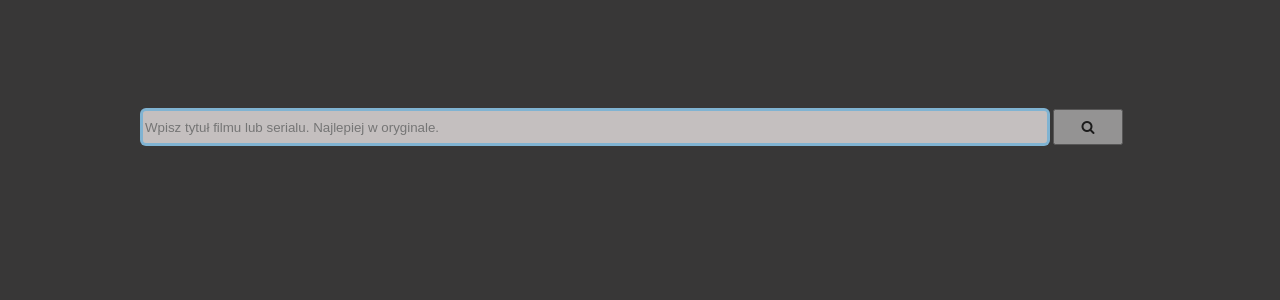
Repository: kq333/wyszukiarka-filmowa
Page: index.html
The author's editor kept a copy of each file at every save. The page is drawn from the files as they stood at one save, then again after the next save.
The browser window is 1280 px wide. The pictures show the whole page.
The style sheet was rebuilt from its Sass, Less or Tailwind sources for each picture, by a compiler version that may differ from the author's.

Above is the page before, as saved 2021-01-21 00:10:31.

After the next save:
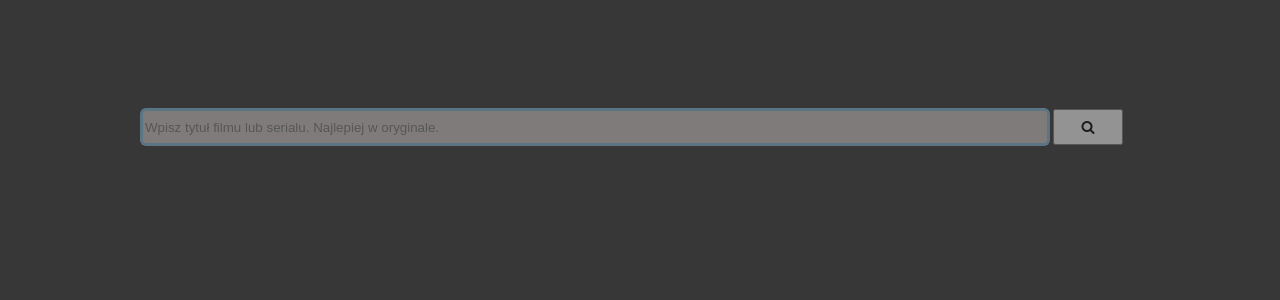
Saved 2 min 36 s later.
--- a/style/style.scss
+++ b/style/style.scss
@@ -57,7 +57,8 @@
         border-radius: 6px;
         border:3px solid rgba(84, 172, 223, 0.6);
         background-color: rgba(207, 202, 202, 0.932);
-
+        opacity: 0.5;
+        pointer-events: none;
 
 
 

After the save that followed:
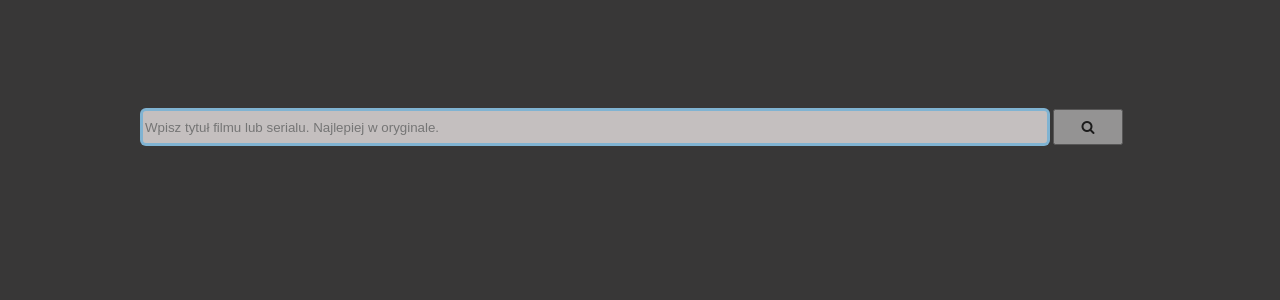
Saved 12 s later.
--- a/style/style.scss
+++ b/style/style.scss
@@ -57,8 +57,7 @@
         border-radius: 6px;
         border:3px solid rgba(84, 172, 223, 0.6);
         background-color: rgba(207, 202, 202, 0.932);
-        opacity: 0.5;
-        pointer-events: none;
+
 
 
 
